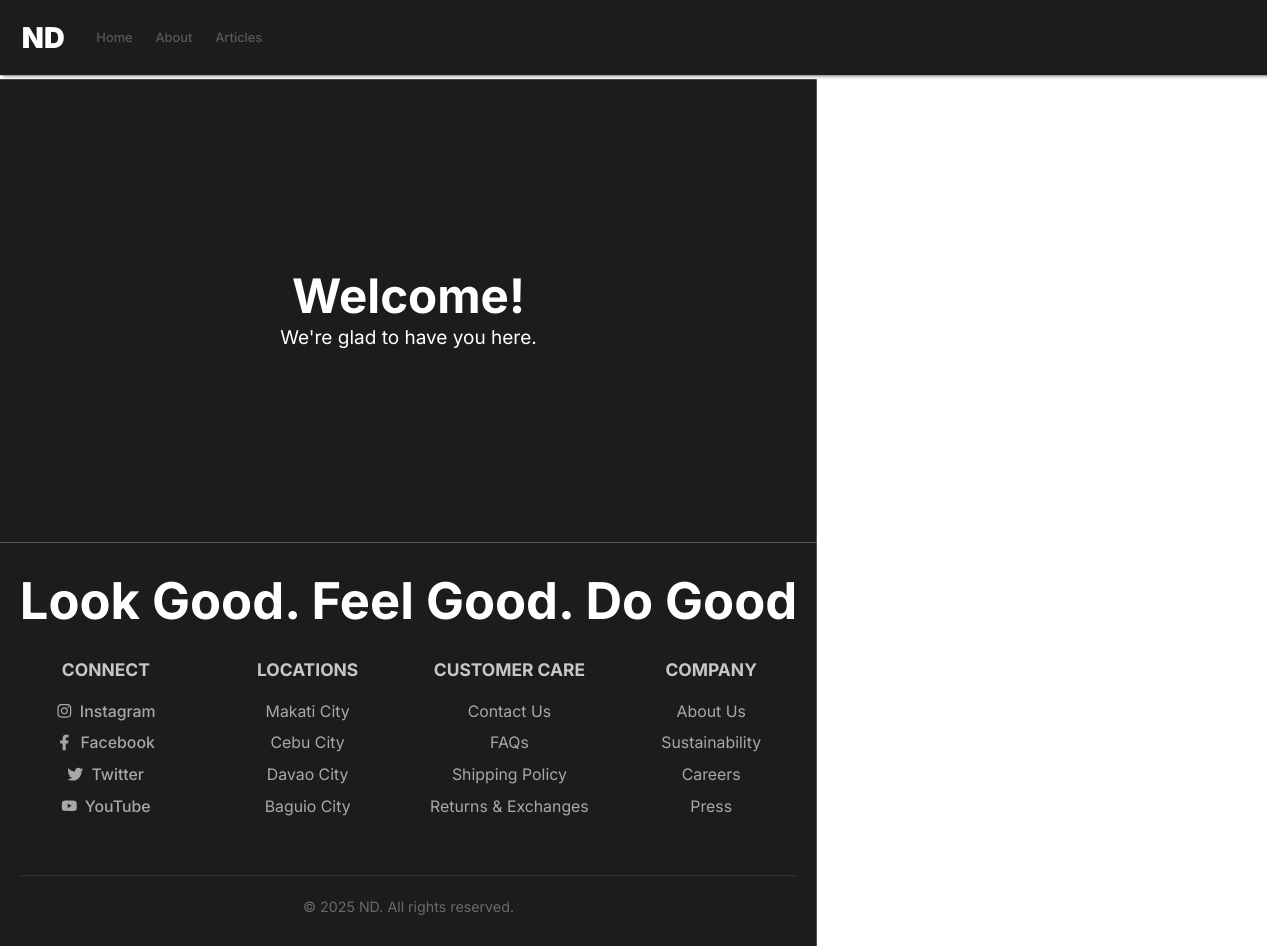
Repository: neomdavid/advancedwebprogramming
Page: /welcome
An editor plug-in stored every save of this project. The page is shown before and after the next save, followed by the edit.
The browser window is 1280 px wide. The pictures show the whole page, at 99% of full size.
The project was rebuilt for these pictures with package versions that can differ from the ones it lists, and the page was loaded fresh each time. Also part of the build but not shown: vite.config.js, src/styles/Button.css, src/components/Button.jsx, src/styles/AboutPage.css, src/pages/AboutPAge.jsx, src/styles/ArticleList.css, src/article-content.js, src/components/ArticleList.jsx and 9 more.

Above is the page before, as saved 2025-04-22 08:53:45.

After the next save:
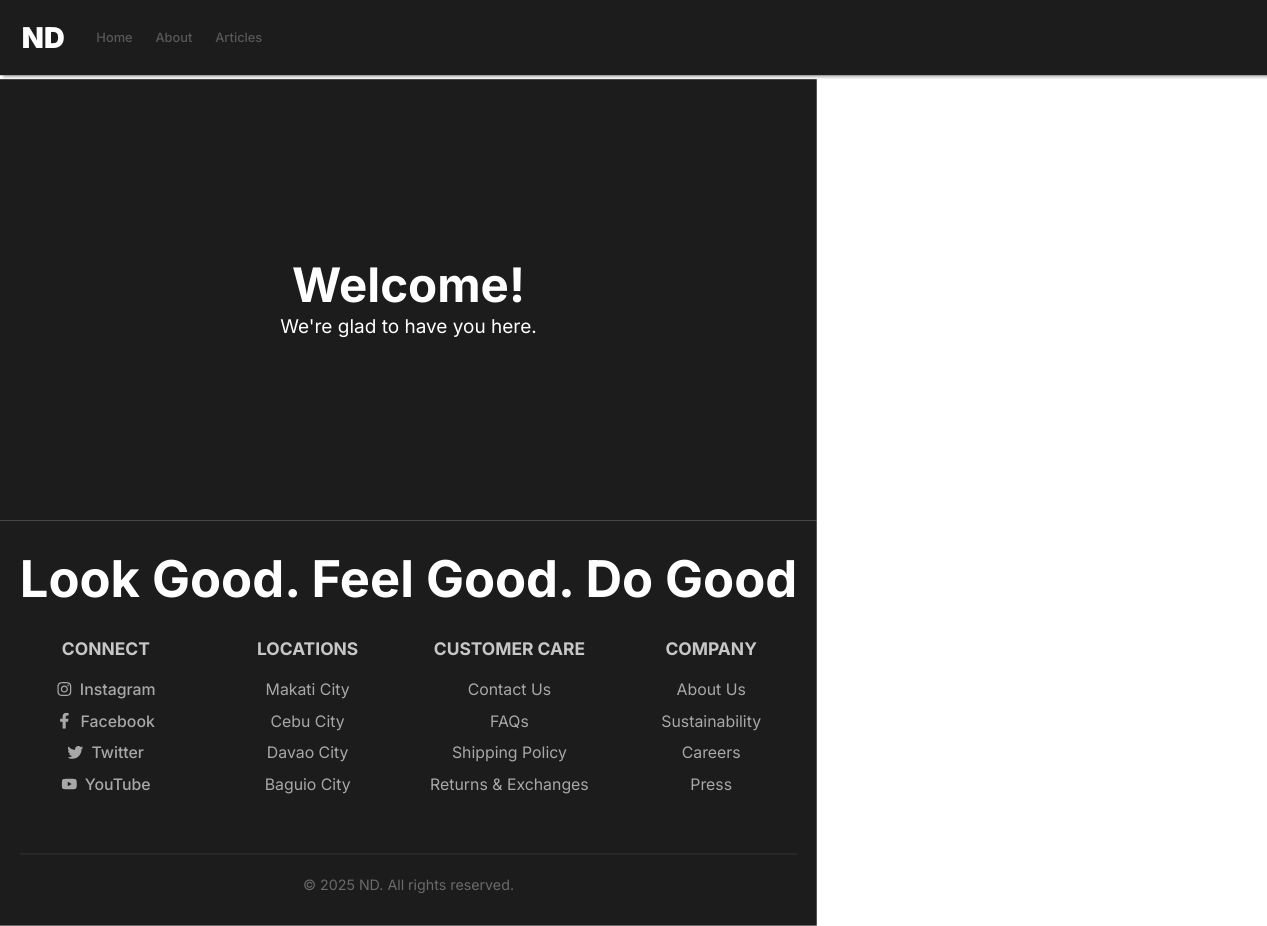
Saved 4 s later.
--- a/src/pages/WelcomePage.jsx
+++ b/src/pages/WelcomePage.jsx
@@ -8,7 +8,7 @@ const WelcomePage = () => {
   return (
     <main
       style={{
-        height: "65vh",
+        height: "62vh",
         display: "flex",
         justifyContent: "center",
         alignItems: "center",
